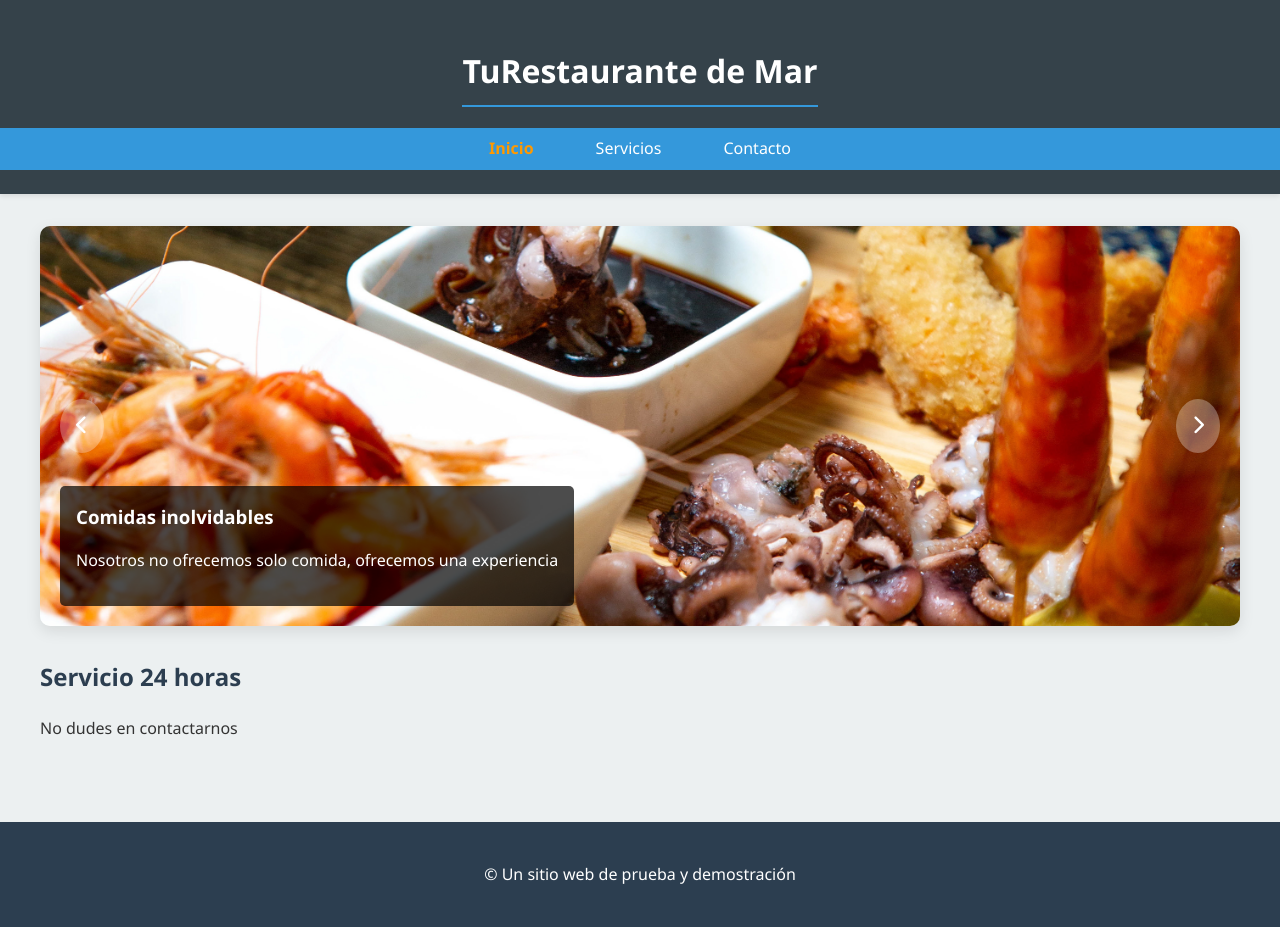
Repository: Sevanjo/Pagina_web
Page: HTML/index.html
These files come from the project's save history. The page is drawn as it stood at one moment and after the next save; the edit follows.
The browser window is 1280 px wide. The pictures show the whole page.
Pictures or frames that could not be fetched are drawn as grey boxes.

Above is the page before, as saved 2025-05-04 18:12:34.

After the next save:
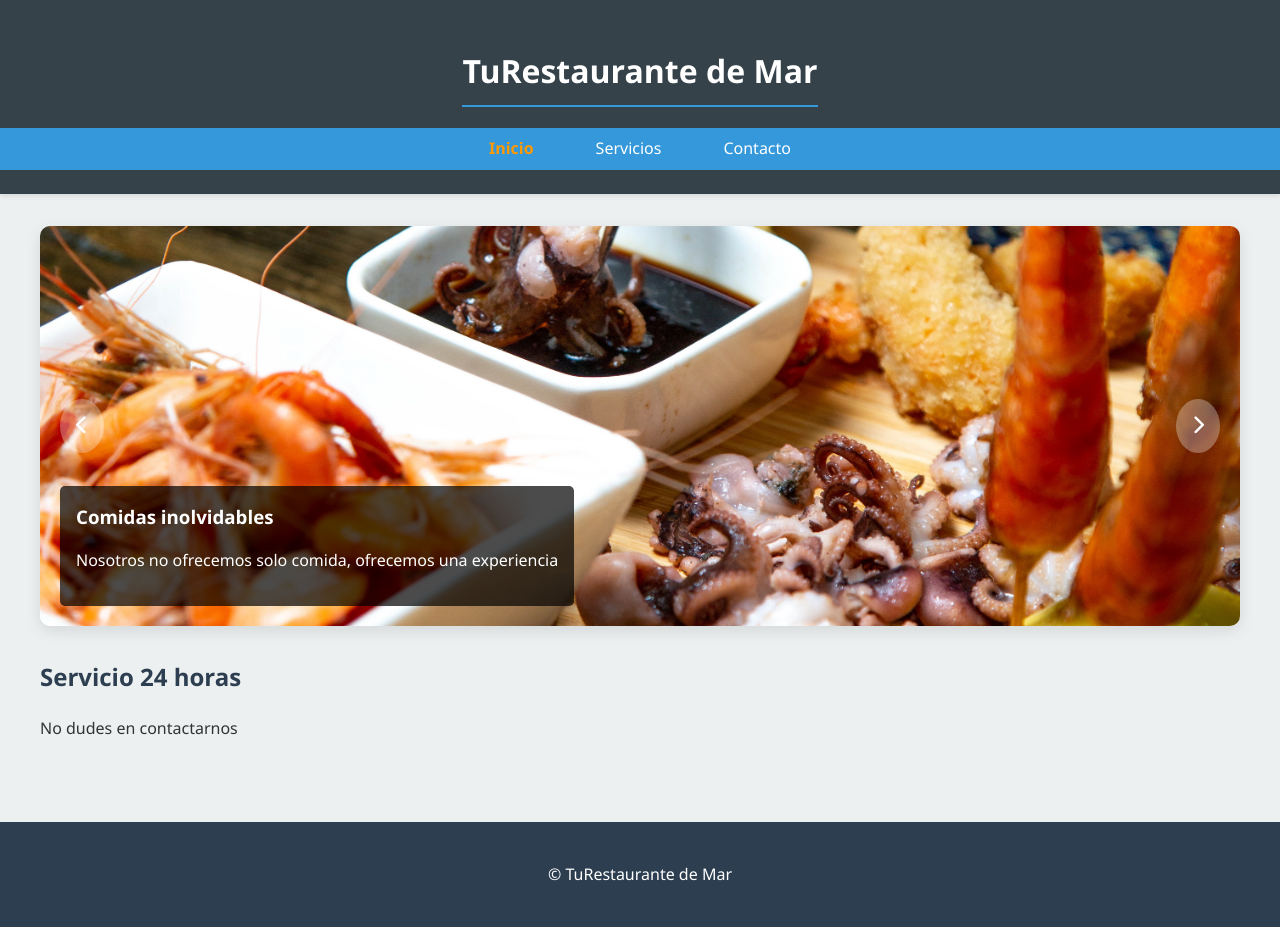
Saved 33 s later.
--- a/HTML/index.html
+++ b/HTML/index.html
@@ -59,7 +59,7 @@
     </main>
 
     <footer>
-        <p>&copy; Un sitio web de prueba y demostración</p>
+        <p>&copy; TuRestaurante de Mar</p>
     </footer>
 
     <script src="../js/script.js"></script>
